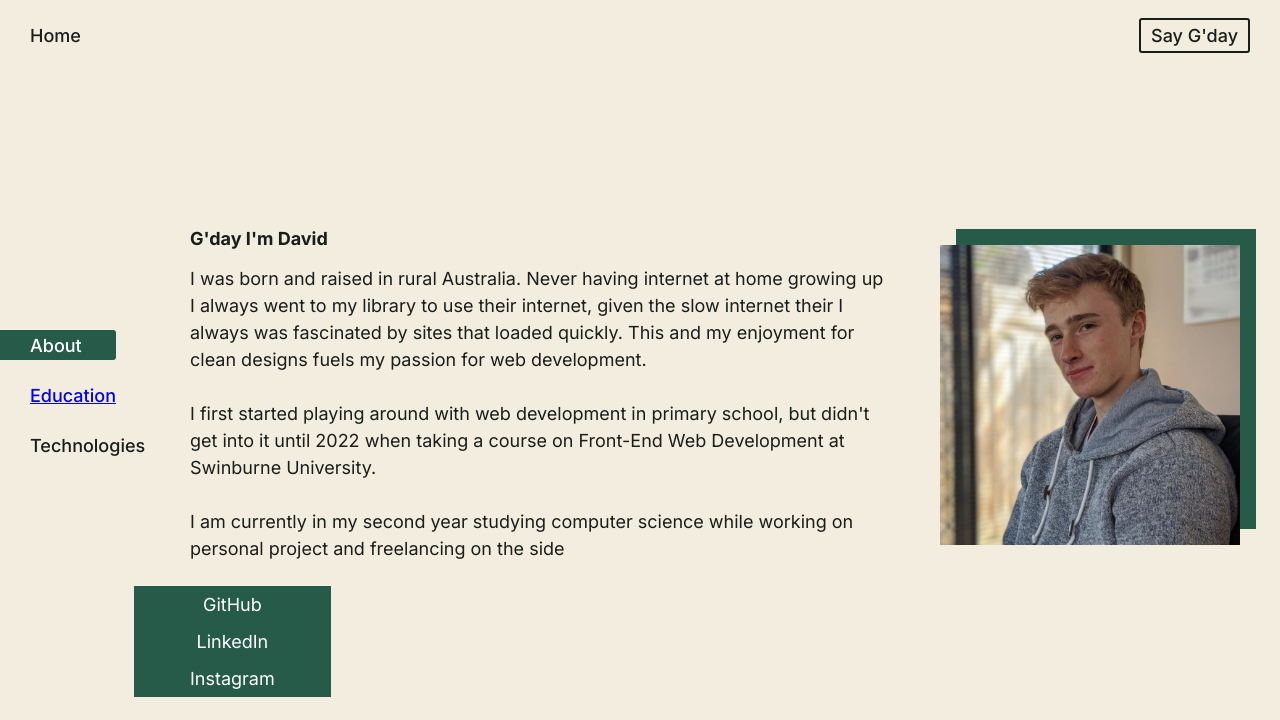
Repository: David-Waite/David-Waite-Portfolio
Page: /about
These files come from the project's save history. The page is drawn as it stood at one moment and after the next save; the edit follows.
The browser window is 1280 px wide. The pictures show the whole page.
The project was rebuilt for these pictures with package versions that can differ from the ones it lists, and the page was loaded fresh each time. The framework's server and built-in components were replaced by stand-ins that run in the browser. Also part of the build but not shown: next.config.js.

Above is the page before, as saved 2023-07-27 16:00:36.

### app/layout.tsx
import "./globals.css";
import type { Metadata } from "next";
import { Inter } from "next/font/google";
import NavBar from "./components/Nav/NavBar/NavBar";

const inter = Inter({ subsets: ["latin"] });

export const metadata: Metadata = {
  title: "David Waite | Web Developer",
  description: `David Waite. Web Developer. I like to create simple clean websites that gets the user to where they wanna go without the clutter.`,
};

export default function RootLayout({
  children,
}: {
  children: React.ReactNode;
}) {
  return (
    <html lang="en">
      <body className={inter.className}>
        <NavBar />
        {children}
      </body>
    </html>
  );
}

### app/about/page.tsx
import AboutMain from "../components/About/AboutMain";

import { Metadata, NextPage } from "next/types";

export const metadata: Metadata = {
  title: "David Waite | About ",
};

export default function About() {
  return (
    <div>
      <AboutMain />
    </div>
  );
}

### app/globals.css
:root {
  --primary: #255b48;
  --black: #191d1b;
  --background: #f3eddf;
  --white: #ffffff;
  --grey: #606060;
  --error: #a83c23;
}

.paragraph {
  font-size: 18px;
  font-style: normal;
  font-weight: 400;
  line-height: 25.2px;
  color: var(--black);
}

body {
  background-color: var(--background);
}

* {
  padding: 0;
  margin: 0;
  box-sizing: border-box;
}

### app/components/Nav/NavBar/NavBar.tsx
"use client";
import NavButton from "../NavButton/NavButton";
import styles from "./navBar.module.css";
import { usePathname } from "next/navigation";

import Link from "next/link";

export default function NavBar() {
  const currentRoute = usePathname();

  return (
    <nav className={styles.container}>
      <Link
        className={styles.link}
        href={`./${currentRoute === "/" ? "about" : "/"}`}
      >
        {currentRoute === "/" ? "About" : "Home"}
      </Link>

      {currentRoute !== "/contact" && <NavButton />}
    </nav>
  );
}

### app/components/About/AboutMain.tsx
"use client";

import Image from "next/image";
import styles from "./About.module.css";

import { useState } from "react";
import Menu from "./Menu/Menu";

export default function AboutMain() {
  const [selected, setSelected] = useState({
    about: true,
    education: false,
    technologies: false,
  });

  function handleClick(select: string) {
    setSelected(() => {
      return {
        about: select === "about" ? true : false,
        education: select === "education" ? true : false,
        technologies: select === "technologies" ? true : false,
      };
    });
  }

  const AboutText = (
    <>
      <h1 id="aboutHeading">G&apos;day I&apos;m David</h1>
      <p className={styles.description}>
        I was born and raised in rural Australia. Never having internet at home
        growing up I always went to my library to use their internet, given the
        slow internet their I always was fascinated by sites that loaded
        quickly. This and my enjoyment for clean designs fuels my passion for
        web development.
        <br />
        <br /> I first started playing around with web development in primary
        school, but didn&apos;t get into it until 2022 when taking a course on
        Front-End Web Development at Swinburne University.
        <br />
        <br /> I am currently in my second year studying computer science while
        working on personal project and freelancing on the side
      </p>
    </>
  );

  const EducationText = (
    <>
      <h1 id="aboutHeading">My Education</h1>
      <ul className={`${styles.description} ${styles.descriptionList} `}>
        <li>
          CT50220 Dimploma of Information Technology (Front End Web Development)
          | 2022
        </li>
        <li>BA-CS Bachelor of Computer Science | 2023 - current</li>
        <li>Front end developer career path (72hrs) | Scrimba (online)</li>
        <li>
          React Native - The Practical Guide 2022 (26hrs) | Udemy (online)
        </li>
        <li>
          C# Basics for Beginners: Learn C# Fundamentals by Coding (6hrs) |
          Udemy (online)
        </li>
        <li>
          C# Intermediate: Classes, Interfaces and OOP (6hrs) | Udemy (online)
        </li>
      </ul>
    </>
  );
  const TechnologiesText = (
    <>
      <h1 id="aboutHeading">What I&apos;m confortable with</h1>
      <ul className={`${styles.description} ${styles.descriptionList} `}>
        <li>HTML</li>
        <li>CSS</li>
        <li>Next.Js</li>
        <li>Contentful</li>
        <li>React.Js</li>
        <li>JavaScript</li>
        <li>C#</li>
      </ul>
    </>
  );

  let textContent;

  if (selected.about) {
    textContent = AboutText;
  }
  if (selected.technologies) {
    textContent = TechnologiesText;
  }
  if (selected.education) {
    textContent = EducationText;
  }
  return (
    <main className={styles.container}>
      <Menu selected={selected} onClick={handleClick} mobile={false} />
      <div className={styles.content}>
        <div className={styles.textContainer}>
          <div className={styles.paragraphContainer}>{textContent}</div>
          <div className={`${styles.desktopLink} ${styles.links}`}>
            <a href="https://github.com/David-Waite" target="_blank">
              GitHub
            </a>
            <a href="www.linkedin.com/in/davidwaitedev" target="_blank">
              LinkedIn
            </a>
            <a href="https://www.instagram.com/david__waite/" target="_blank">
              Instagram
            </a>
          </div>
        </div>

        <div className={styles.imageContainer}>
          <Image
            src="/aboutMe.jpg"
            fill={true}
            alt="David"
            priority
            blurDataURL="data:[embedded picture, 1451 characters]"
            placeholder="blur"
          />
        </div>
      </div>
      <div className={styles.moblieLinkContainer}>
        <Menu selected={selected} onClick={handleClick} mobile={true} />
        <div className={`${styles.moblieLink} ${styles.links}`}>
          <a href="https://github.com/David-Waite" target="_blank">
            GitHub
          </a>
          <a href="www.linkedin.com/in/davidwaitedev" target="_blank">
            LinkedIn
          </a>
          <a href="https://www.instagram.com/david__waite/" target="_blank">
            Instagram
          </a>
        </div>
      </div>
    </main>
  );
}

### app/components/Nav/NavButton/NavButton.tsx
import styles from "./navButton.module.css";

import Link from "next/link";

export default function NavButton() {
  return (
    <Link className={styles.container} href={"./contact"}>
      Say G&apos;day
    </Link>
  );
}

### app/components/Nav/NavBar/navBar.module.css
.container {
  display: flex;
  align-items: center;
  justify-content: space-between;
  height: 70px;
  padding: 0 30px;
}

.link {
  color: var(--black);
  text-decoration: none;
  font-size: 18px;
  font-weight: 500;
  cursor: pointer !important;
}

.link:hover {
  color: var(--grey);
}

@media (max-width: 768px) {
  .container {
    padding: 0 20px;
  }
}
@media (max-width: 425px) {
  .link {
    font-size: 16px;
  }
}

### app/components/About/About.module.css
.container {
  display: flex;
  height: calc(100vh - 70px);
  width: 100%;
  align-items: center;
  justify-content: center;
}

.content {
  position: relative;
  display: flex;
  align-items: center;
  gap: 200px;
}
.imageContainer {
  position: relative;
  width: 440px;
  height: 440px;
  box-shadow: var(--primary) 16px -16px 0px 0px;
}

.descriptionList {
  margin-left: 32px;
  margin-right: -32px;
}
.content h1 {
  color: var(--black);
  font-size: 18px;
  font-weight: 700;
  margin-bottom: 16px;
}
.description {
  color: var(--black);
  font-size: 18px;
  font-weight: 400;
  height: 297px;
  width: 740px;

  line-height: 27px;
}

.links {
  margin-top: 24px;
  position: absolute;
  left: -56px;
  padding: 0 56px;
  background-color: var(--primary);
  display: flex;
  align-items: center;
  flex-direction: column;
}
.mobileLink {
  display: none;
}
.links a {
  cursor: pointer !important;
  color: var(--white);
  text-decoration: none;
  font-size: 18px;
  margin: 8px 0;
}

.container hr {
  width: 100%;
  display: none;
}
.links a:hover {
  color: var(--grey);
}

.moblieLink {
  display: none;
}
@media (max-width: 2000px) {
  .content {
    gap: 100px;
  }
}
@media (max-width: 1850px) {
  .imageContainer {
    width: 350px;
    height: 350px;
  }
}

@media (max-width: 1750px) {
  .imageContainer {
    width: 350px;
    height: 350px;
    margin-right: -50px;
  }
}

@media (max-width: 1650px) {
  .description {
    width: 700px;
  }
}

@media (max-width: 1550px) {
  .imageContainer {
    margin-right: -100px;
    width: 300px;
    height: 300px;
  }
}

@media (max-width: 1450px) {
  .imageContainer {
    margin-right: -150px;
    width: 300px;
    height: 300px;
  }
}

@media (max-width: 1350px) {
  .content {
    gap: 50px;
  }
}
@media (max-width: 1250px) {
  .description {
    width: 625px;
  }
}

@media (max-width: 1200px) {
  .desktopLink {
    display: none;
  }
  .moblieLink {
    display: flex;
  }
  .container {
    padding: 20px;
    margin-top: 40px;
    display: block;
    height: 500px;
  }

  .description {
    margin-right: 16px;
    width: 100%;
    max-width: 761px;
    height: 300px;
  }
  .descriptionList {
    margin-left: 16px;
    margin-right: 0px;
  }
  .content {
    justify-content: space-between;
  }
  .imageContainer {
    min-width: 300px;
    margin-right: 0px;
    margin-top: 20px;
    width: 200px;
    height: 200px;
    min-width: 200px;
    align-self: flex-start;
  }
  .links {
    position: static;
    width: 200px;
    margin-left: auto;
  }
  .moblieLinkContainer {
    margin-top: 40px;
    display: flex;
  }
}

@media (max-width: 850px) {
  .description {
    height: 380px;
  }
}

@media (max-width: 768px) {
  .content {
    flex-direction: column;
    gap: 40px;
  }
  .imageContainer {
    align-self: center;
  }
  .description {
    height: auto;
  }
  .textContainer {
    align-self: flex-start;
  }
  .moblieLinkContainer {
    align-items: center;
    justify-content: space-between;
    height: 134px;
  }
  .links {
    margin: 0;
    margin-right: -20px;
    width: 100px;
  }
}

@media (max-width: 425px) {
  .links a,
  .content h1,
  .description {
    font-size: 16px;
  }
}

### app/components/About/Menu/Menu.tsx
"use client";
import { CSSProperties, useState } from "react";
import styles from "./menu.module.css";
export default function Menu(props: {
  onClick: any;
  selected: any;
  mobile: boolean;
}) {
  function handleClick(select: string) {
    props.onClick(select);
  }

  const selectedBackground: any = {
    left: "0px",
  };
  const selectedP: any = {
    color: "white",
  };

  return (
    <div
      className={`${styles.menu} ${
        props.mobile === true ? styles.moblie : styles.desktop
      }`}
      id="menu"
    >
      <div
        className={`${styles.linkContainer} ${styles.about}`}
        onClick={() => handleClick("about")}
      >
        <div
          className={styles.aboutBackground}
          style={Object.assign(props.selected.about && selectedBackground)}
        ></div>
        <p style={Object.assign(props.selected.about && selectedP)}>About</p>
      </div>
      <br />
      <div
        className={`${styles.linkContainer} ${styles.education}`}
        onClick={() => handleClick("education")}
      >
        <div
          className={styles.educationBackground}
          style={Object.assign(props.selected.education && selectedBackground)}
        ></div>
        <p style={Object.assign(props.selected.education && selectedP)}>
          <a href="/about#aboutHeading">Education</a>
        </p>
      </div>
      <br />
      <div
        className={`${styles.linkContainer} ${styles.technologies}`}
        onClick={() => handleClick("technologies")}
      >
        <div
          className={styles.technologiesBackground}
          style={Object.assign(
            props.selected.technologies && selectedBackground
          )}
        ></div>
        <p style={Object.assign(props.selected.technologies && selectedP)}>
          Technologies
        </p>
      </div>
    </div>
  );
}

### app/components/Nav/NavButton/navButton.module.css
.container {
  border: 2px solid var(--black);
  color: var(--black);
  font-weight: 500;
  border-radius: 3px;
  font-size: 18px;
  padding: 5px 10px;
  transition: 0.3s;
  text-decoration: none;
  cursor: pointer !important;
}

.container:hover {
  background-color: var(--primary);
  color: var(--white);
}

@media (max-width: 425px) {
  .container {
    font-size: 16px;
  }
}

### app/components/About/Menu/menu.module.css
.menu {
  position: absolute;
  left: 0;
  font-size: 18px;
  font-weight: 500;
}

.menu div {
  display: flex;
  align-items: center;
}

.linkContainer {
  position: relative;
}
.linkContainer p {
  position: relative;
  cursor: pointer !important;
  color: var(--black);
}

.aboutBackground,
.educationBackground,
.technologiesBackground {
  position: absolute;
  background-color: var(--primary);
  left: 0;
  height: 30px;
  border-radius: 0 3px 3px 0;
  transition: 0.3s ease-in;
}
.about {
  width: 116px;
}
.aboutBackground {
  width: 116px;
  left: -116px;
}
.about:hover .aboutBackground {
  left: 0;
}

.education {
  width: 148px;
}
.educationBackground {
  width: 148px;
  left: -148px;
}
.education:hover .educationBackground {
  left: 0;
}

.technologies {
  width: 175px;
}
.technologiesBackground {
  width: 175px;
  left: -175px;
}
.technologies:hover .technologiesBackground {
  left: 0;
}

.menu p {
  top: 0;
  padding: 4px 30px;

  transition: 0.3s;
}

.selected {
  border-radius: 0 3px 3px 0;
  color: var(--white);
  background: rgb(37, 91, 72);
}

.linkContainer p:hover {
  position: relative;
  color: var(--white);
}

.moblie {
  display: none;
}
@media (max-width: 1200px) {
  .menu {
    top: calc((100vh - 70px) / 2);
    z-index: 4;
  }
  .desktop {
    display: none;
  }

  .moblie {
    display: block;
    position: inherit;
    margin-left: -30px;
  }
}

After the next save:
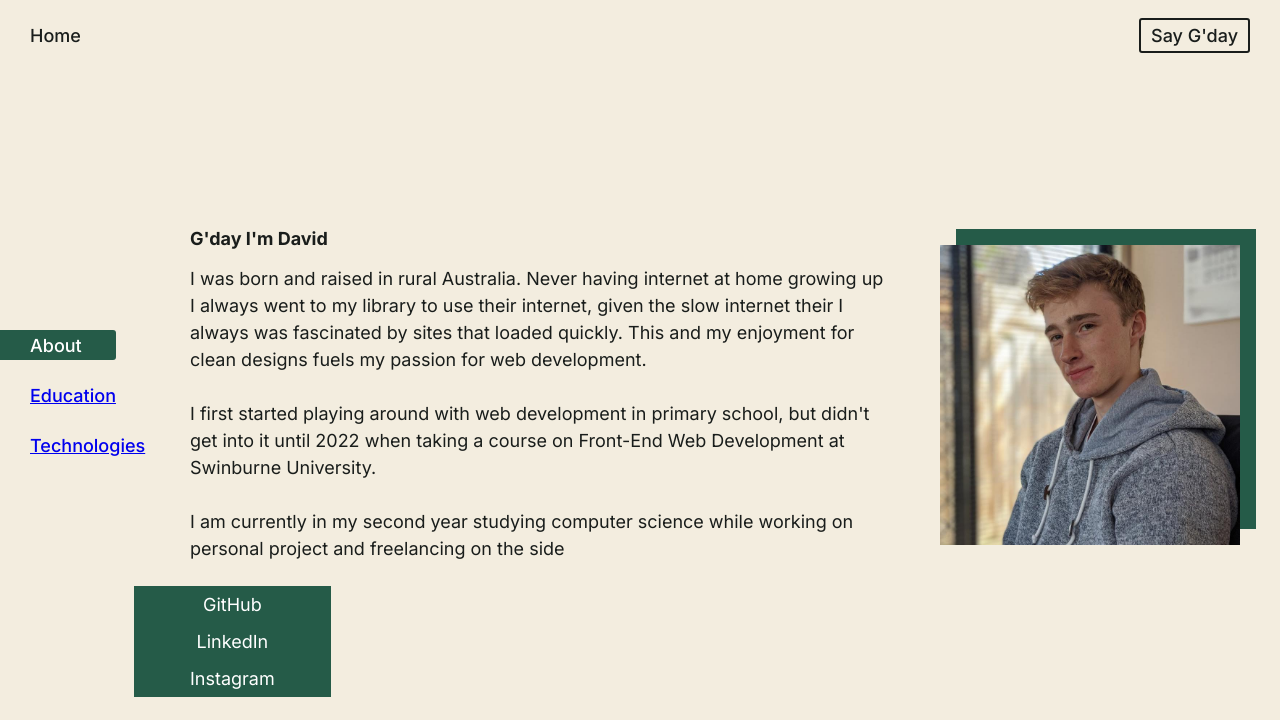
Saved 36 s later.
--- a/app/components/About/Menu/Menu.tsx
+++ b/app/components/About/Menu/Menu.tsx
@@ -59,7 +59,7 @@ export default function Menu(props: {
           )}
         ></div>
         <p style={Object.assign(props.selected.technologies && selectedP)}>
-          Technologies
+          <a href="/about#aboutHeading">Technologies</a>
         </p>
       </div>
     </div>
